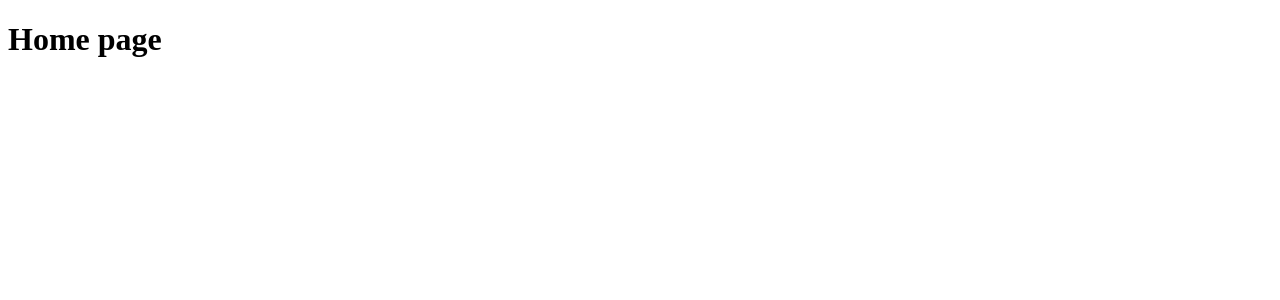
Repository: MandarDhamale/jsp-and-servlets
Page: http://localhost/ForwardAndRedirect/redirect.jsp
The author's editor kept a copy of each file at every save. The page is drawn from the files as they stood at one save, then again after the next save.
The browser window is 1280 px wide. The pictures show the whole page.
The page is served by Tomcat 9.

Above is the page before, as saved 2024-11-24 13:11:41.

After the next save:
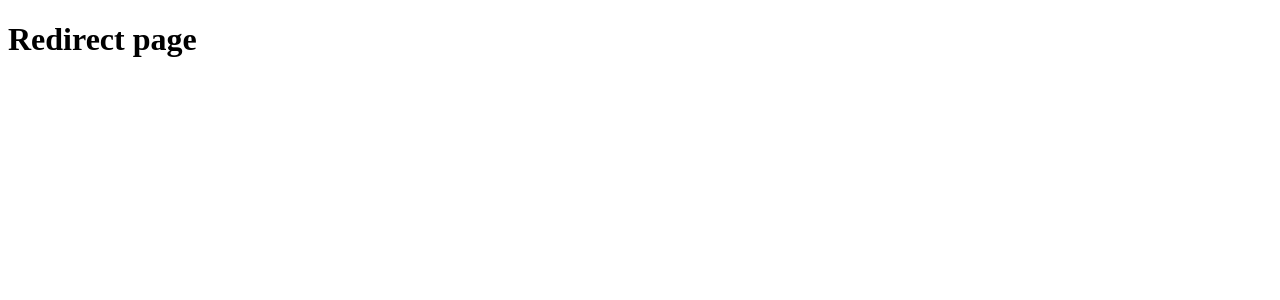
Saved 5 s later.
--- a/ForwardAndRedirect/src/main/webapp/redirect.jsp
+++ b/ForwardAndRedirect/src/main/webapp/redirect.jsp
@@ -7,6 +7,6 @@
 <title>Redirect page</title>
 </head>
 <body>
-<h1>Home page</h1>
+<h1>Redirect page</h1>
 </body>
 </html>
